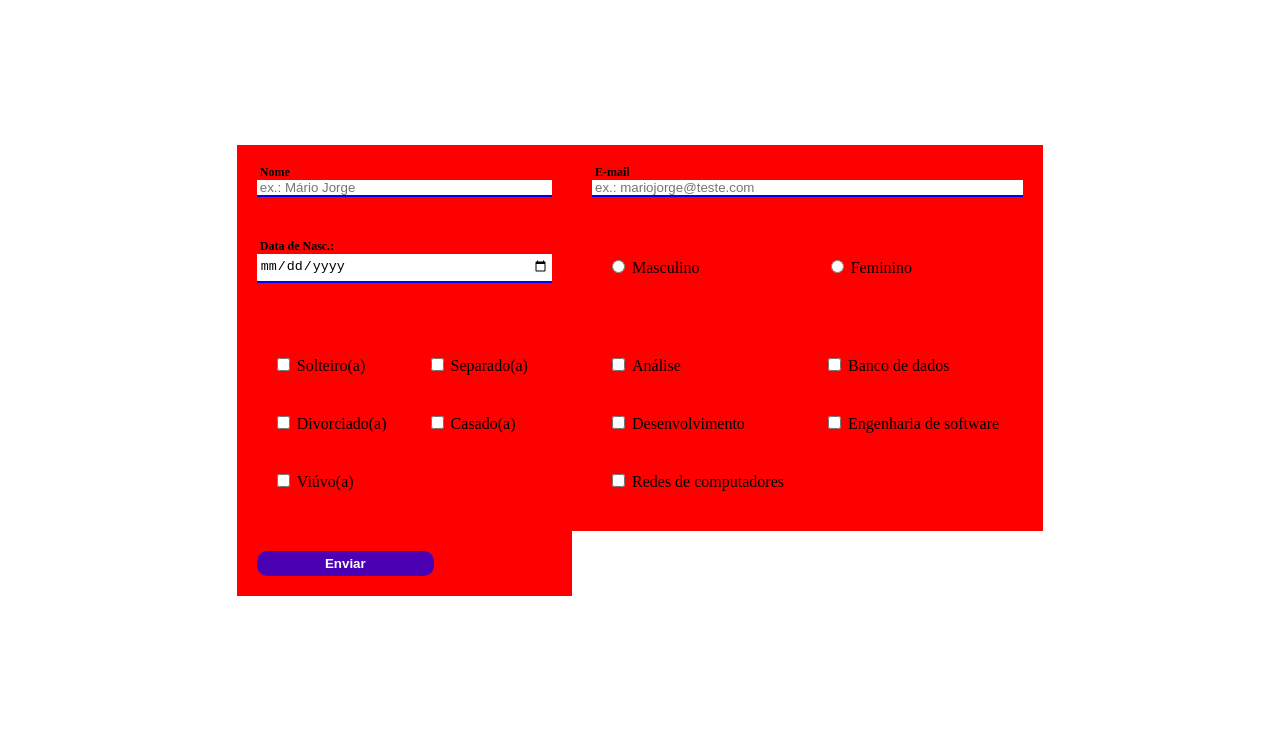
Repository: mjRibeiroTriscal/UVA_Projects
Page: Proj_A1_AVA2_2020_1/index.html
These files come from the project's save history. The page is drawn as it stood at one moment and after the next save; the edit follows.
The browser window is 1280 px wide. The pictures show the whole page.

Above is the page before, as saved 2020-03-13 14:08:34.

After the next save:
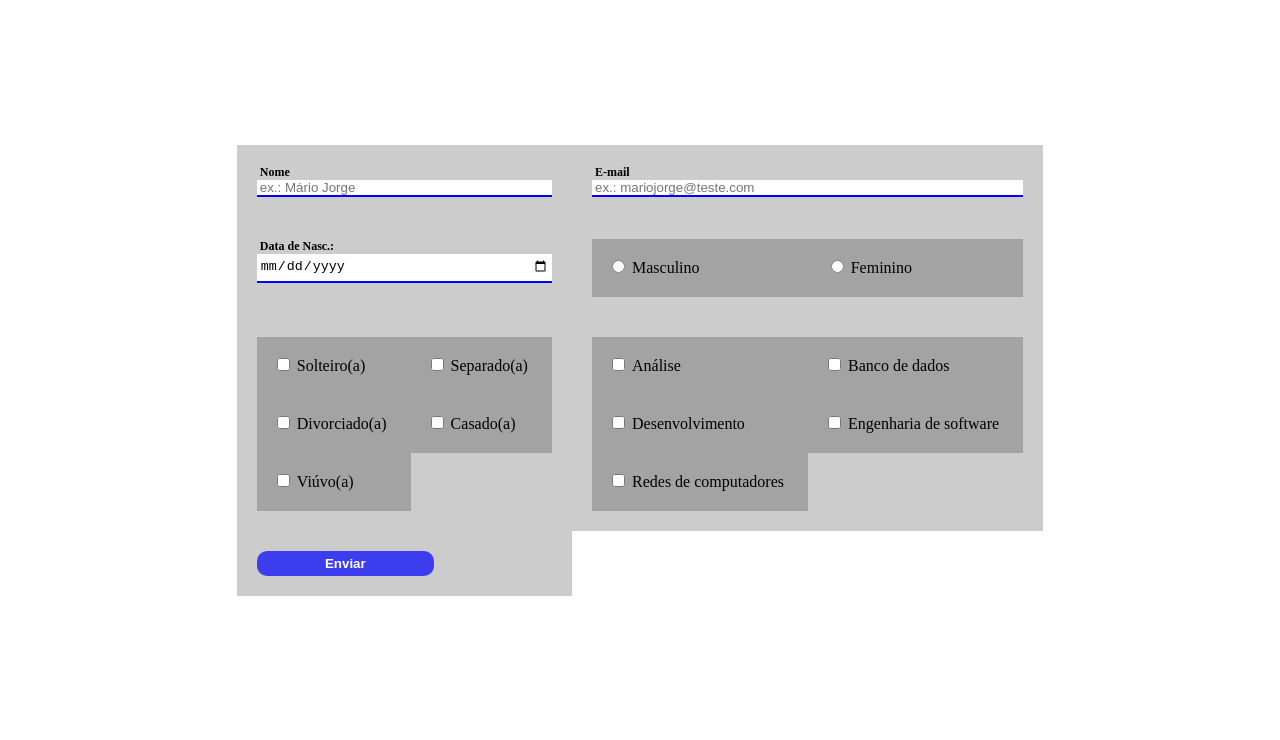
Saved 30 s later.
--- a/Proj_A1_AVA2_2020_1/style.css
+++ b/Proj_A1_AVA2_2020_1/style.css
@@ -79,5 +79,5 @@ input[type=submit]:active {
 
 .gridItem {
     padding: 20px;
-    background-color: red;
+    background-color: rgba(0, 0, 0, 0.2);
 }
